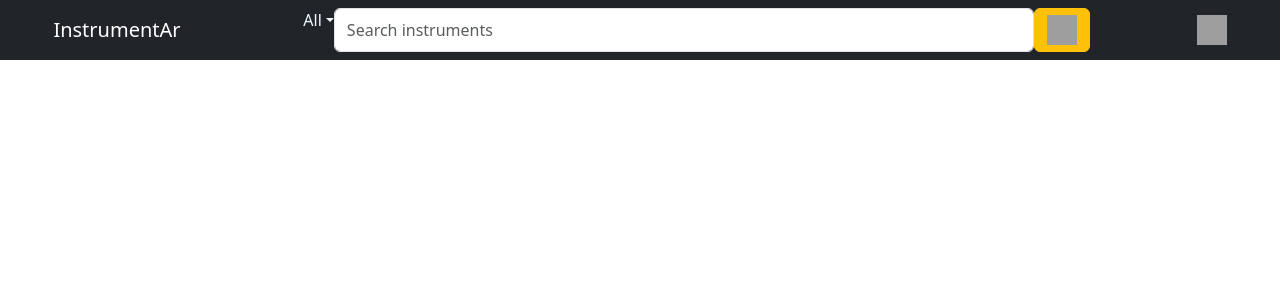
Repository: Meinuel/InstrumentAr
Page: /
An editor plug-in stored every save of this project. The page is shown before and after the next save, followed by the edit.
The browser window is 1280 px wide. The pictures show the whole page.
Pictures or frames that could not be fetched are drawn as grey boxes. The project was rebuilt for these pictures with package versions that can differ from the ones it lists, and the page was loaded fresh each time.

Above is the page before, as saved 2021-09-13 21:47:33.

After the next save:
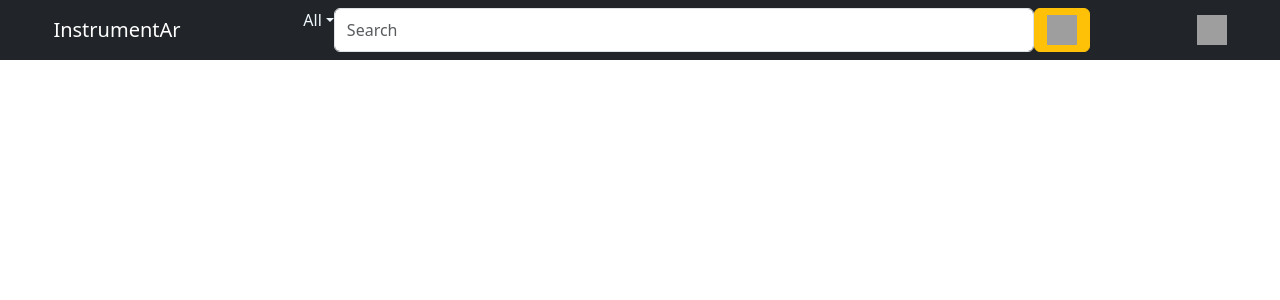
Saved 6 s later.
--- a/src/components/NavBar/NavBar.js
+++ b/src/components/NavBar/NavBar.js
@@ -19,7 +19,7 @@
                 </NavDropdown>
                     <FormControl
                         type="search"
-                        placeholder="Search instruments"
+                        placeholder="Search"
                         className="inputSearch"
                         aria-label="Search"
                     />
